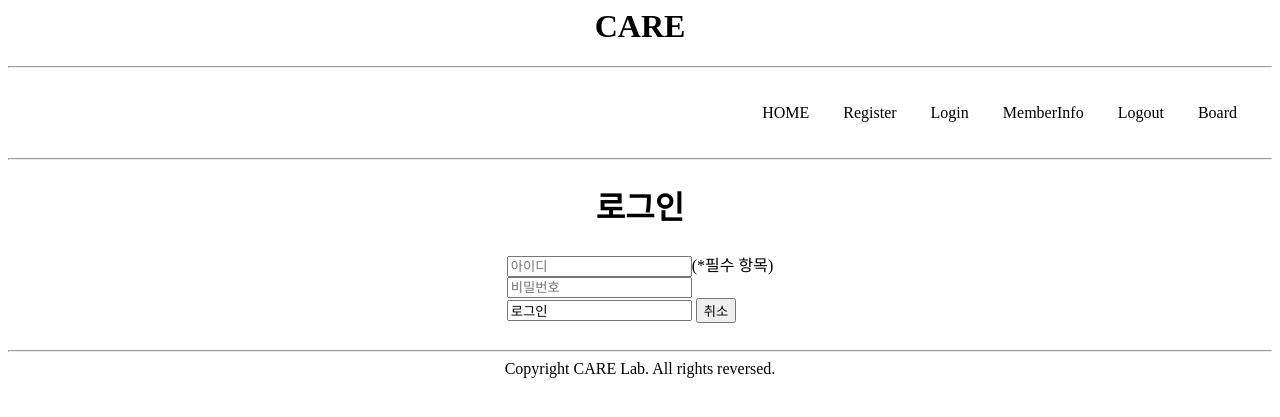
Repository: qldfhr123/Learned_collection
Page: http://localhost/jspExam/jstl/login.jsp
An editor plug-in stored every save of this project. The page is shown before and after the next save, followed by the edit.
The browser window is 1280 px wide. The pictures show the whole page.
The page is served by Tomcat 9. Other server files are loaded and not shown.

Above is the page before, as saved 2023-06-26 07:26:11.

### java_workplace/java_workplace/jspExam/src/main/webapp/jstl/login.jsp
<%@ page language="java" contentType="text/html; charset=UTF-8"
    pageEncoding="UTF-8"%>
<%@ include file = "/session_quiz/header.jsp" %>
	<%//session_quiz/header.jsp 절대경로 지정할수있다 %>

	<div align="center">
		<h1>로그인</h1>
		<table><tr><td>
		<form action="loginService.jsp" method="post" id="f">

			<input type="text" name="id"placeholder="아이디" id="id">(*필수 항목)<br>
			<input type="password" name="pw"placeholder="비밀번호" id="pw"><br>

			<input type="sumit" value="로그인" onclick="loginCheck()"> <%// 클릭시 함수 호출 %>
			<input type="button" value="취소" onclick="laction.href='index.jsp'"><br>

		</form>
		</td></tr></table>
	</div>

	<%@ include file = "footer.jsp" %>

### java_workplace/java_workplace/jspExam/src/main/webapp/session_quiz/header.jsp
<%@ page language="java" contentType="text/html; charset=UTF-8"
    pageEncoding="UTF-8"%>

    <style type="text/css">
    	a{text-decoration: none; color:black;}
    	ul{padding: 20px;}
    	ul li{display: inline; padding: 15px;}
    	.main_div{height: 150px; padding-top: 80px;}
    	.button{padding-top: 15px;}

    	<%
    		// #=id  .=class
    		// index 실행시 include 파일을 가져와서 header에 작성가능
    		//보통 class로 스타일 작성

    	%>
    </style>
   <script src="/jsp_exam/session_quiz/session_quiz.js">/** 어디에 작성해도 상관없다 */</script>
   <div align ="center">
  	 <h1>CARE</h1>
   </div>

	<div align ="right">

			<hr>
				<ul>
					<%//패키지가 달라서 링크를 직접수정 %>
					<li><a href="/jsp_exam/session_quiz/index.jsp">HOME</a></li>
					<li><a href="/jsp_exam/session_quiz/register.jsp">Register</a></li>
					<li><a href="/jsp_exam/session_quiz/login.jsp">Login</a></li>
					<li><a href="/jsp_exam/session_quiz/memberInfo.jsp">MemberInfo</a></li>
					<li><a href="/jsp_exam/session_quiz/logout.jsp">Logout</a></li>
					<li><a href="/jsp_exam/session_board/boardWrite.jsp">Board</a></li>
				</ul>
			<hr>

	</div>

### java_workplace/java_workplace/jspExam/src/main/webapp/jstl/footer.jsp
<%@ page language="java" contentType="text/html; charset=UTF-8"
    pageEncoding="UTF-8"%>
<div align ="center">

		<hr>
		Copyright CARE Lab. All rights reversed.

</div>

### java_workplace/java_workplace/jspExam/src/main/webapp/session_quiz/session_quiz.js
/** 함수들 나열 */

 function allCheck() {
			var id = document.getElementById('id');
			/** div 안에 있는 id값을 가져온다 */
			var pw = document.getElementById('pw');
			var confirm = document.getElementById('confirm');
			var userName = document.getElementById('userName');

			if(id.value == ""){
				alert('아이디는 필수 항목입니다.');
			}
			else if(pw.value == ""){
				alert('비밀번호는 필수 항목입니다.');
			}
			else if(confirm.value == ""){
				alert('비밀번호 확인은 필수 항목입니다.');
			}
			else if(userName.value == ""){
				alert('이름은 필수 항목입니다.');
			}
			else{
				var f = document.getElementById('f');
				f.submit();
			}

		}

 function pwCheck() {
			pw = document.getElementById('pw');
			confirm = document.getElementById('confirm');
			label = document.getElementById('label');


			if(pw.value == confirm.value){
				label.innerHTML = '일치'
				/** 대소문자 지키는것이 좋다 */

			}
			else{
				label.innerHTML = '불일치'
			}
			/**window.alert('pwCheck 호출');*/
		}


 function loginCheck(){

	 		var id = document.getElementById('id');
			/** div 안에 있는 id값을 가져온다 */
			var pw = document.getElementById('pw');

			if(id.value == ""){
				alert('아이디는 필수 항목입니다.');
			}
			else if(pw.value == ""){
				alert('비밀번호는 필수 항목입니다.');
			}

			else{

				var f = document.getElementById('f');
				f.submit();

			}
}

function updateButton(){
			var id = document.getElementById('id');
			if( id.value == ''){
				alert('아이디는 필수로 입력 값이 있어야합니다.')
				return ;
			}
			//alert('아이디 : ' + id.value);

			var pw = document.getElementById('pw');
			if( pw.value == ''){
				alert('비밀번호는 필수로 입력 값이 있어야합니다.')
				return ;
			}
			var confirmPw = document.getElementById('confirmPw');
			if( pw.value != confirmPw.value){
				alert('두 비밀번호는 같은 비밀번호로 입력하세요.')
				return ;
			}

			var formRef = document.getElementById('f')
			formRef.submit();
		}

		function cancelButton(){
			location.href='index.jsp';
		}





		function board_loginCheck(){
			var id = document.getElementById('id');
			if( id.value == ''){
				alert('로그인 후 이용가능합니다')
				location.href='login.jsp';
			}
			else{
				location.href='/jsp_exam/session_board/writeForm.jsp';
			}
		}

		function titleC_contentC(){
			var title = document.getElementById('title');
			var content = document.getElementById('content');
			if(title.value == ''){
				alert('제목을 작성해주세요')
				retun;
			}
			if(content.value == ''){
				alert('내용을 작성해주세요')
				retun;
			}
		}

After the next save:
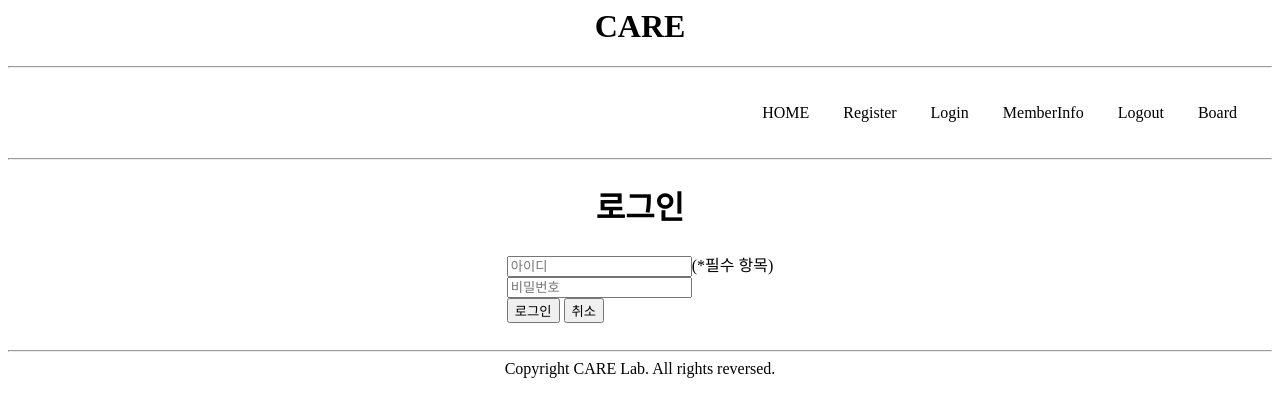
Saved 9 s later.
--- a/java_workplace/java_workplace/jspExam/src/main/webapp/jstl/login.jsp
+++ b/java_workplace/java_workplace/jspExam/src/main/webapp/jstl/login.jsp
@@ -11,7 +11,7 @@
 			<input type="text" name="id"placeholder="아이디" id="id">(*필수 항목)<br>
 			<input type="password" name="pw"placeholder="비밀번호" id="pw"><br>
 
-			<input type="sumit" value="로그인" onclick="loginCheck()"> <%// 클릭시 함수 호출 %>
+			<input type="submit" value="로그인" > <%// 클릭시 함수 호출 %>
 			<input type="button" value="취소" onclick="laction.href='index.jsp'"><br>
 
 		</form>
